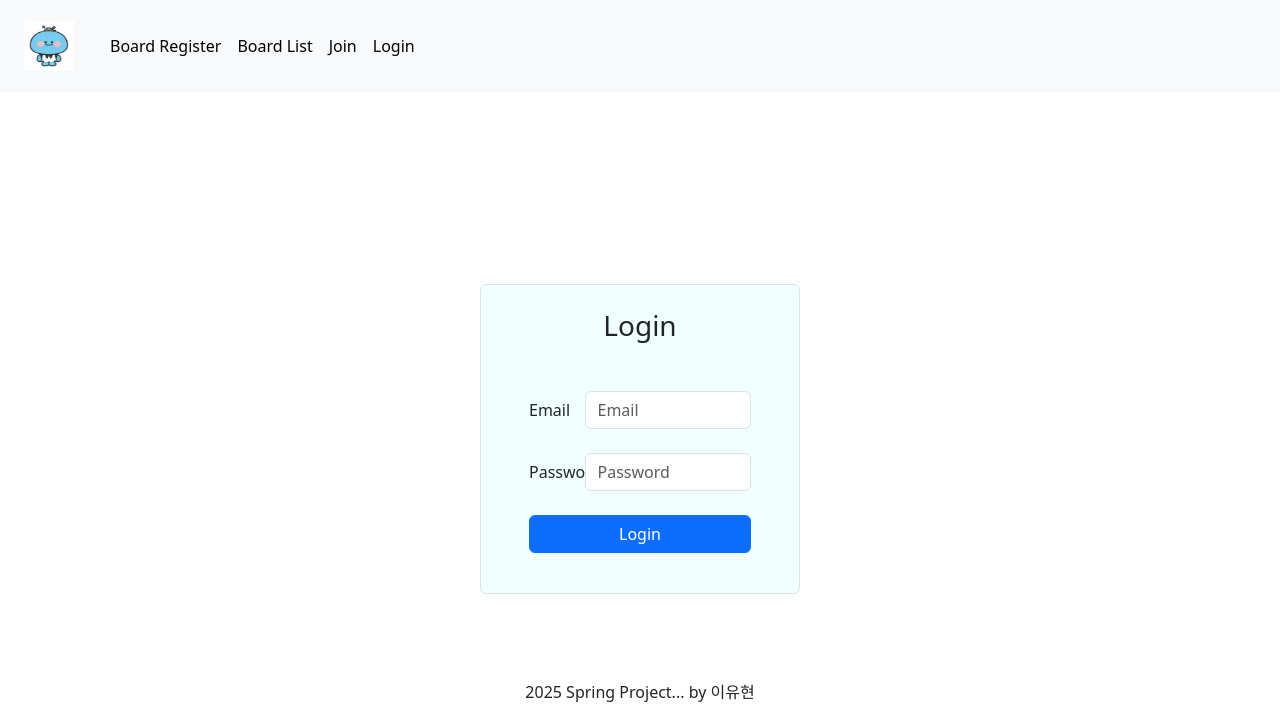
Repository: LeeYouHyeon/6.Spring
Page: http://localhost/spring_project/WEB-INF/views/user/login.jsp
The author's editor kept a copy of each file at every save. The page is drawn from the files as they stood at one save, then again after the next save.
The browser window is 1280 px wide. The pictures show the whole page.
The page is served by Tomcat 9. Nobody is signed in. The template is opened directly, without the code that normally fills it, so the values that code supplies are empty.

Above is the page before, as saved 2025-06-10 08:18:14.

After the next save:
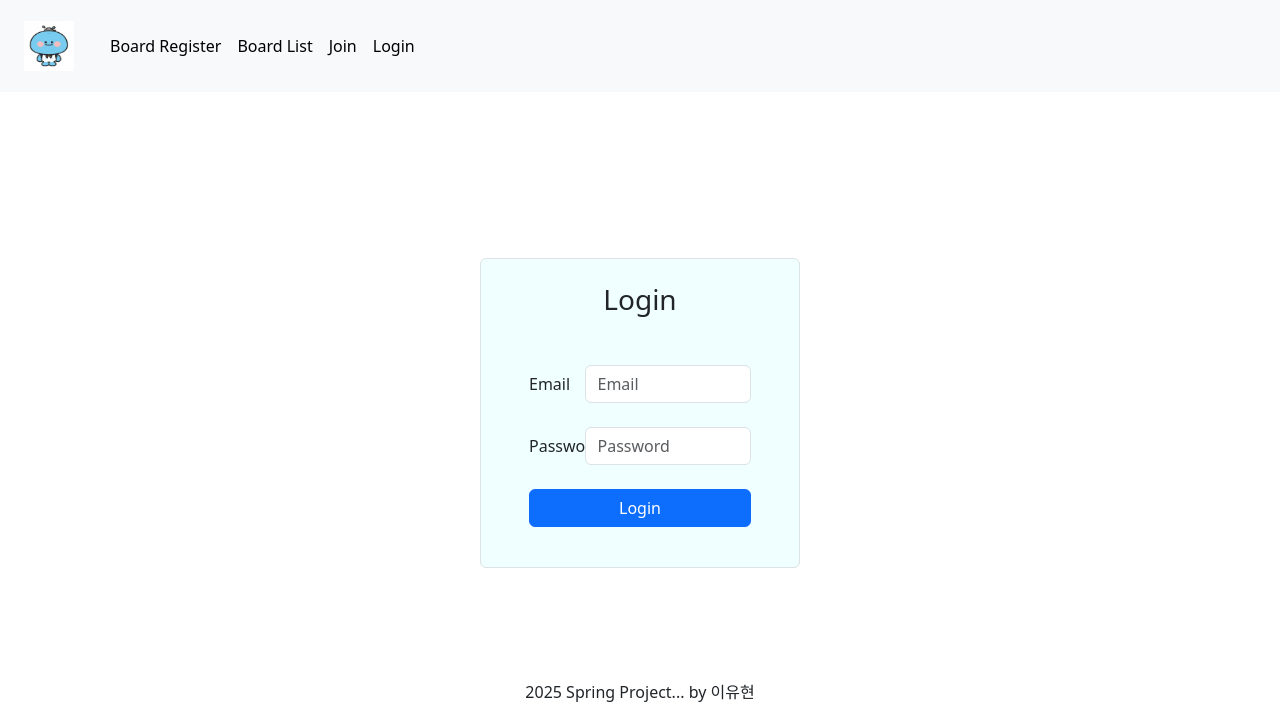
Saved 73 s later.
--- a/spring_project/src/main/webapp/WEB-INF/views/user/login.jsp
+++ b/spring_project/src/main/webapp/WEB-INF/views/user/login.jsp
@@ -3,7 +3,7 @@
 <%@ taglib uri="http://java.sun.com/jsp/jstl/core" prefix="c" %>
 
 <div class="w-25 h-auto px-5 py-4 border rounded mx-auto position-relative"
-	style="background-color: azure; margin-top: 15%">
+	style="background-color: azure; margin-top: 13%">
 	<c:if test="${param.errmsg ne null}">
 		<span class="badge text-bg-danger position-absolute start-50 translate-middle-x"
 			style="top: -30px;">${param.errmsg}</span>
